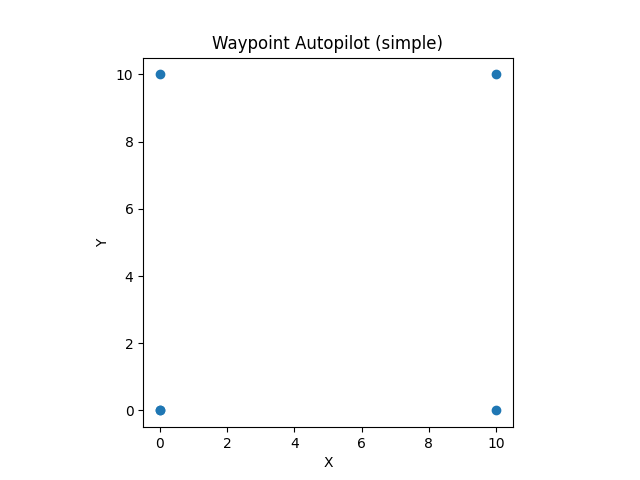
Repository: MaydayBR/ASV_sim
Script's output: python start.py
An editor plug-in stored every save of this project. The script's output is shown before and after the next save, followed by the edit.
Random numbers start from a fixed seed.

Above is the script's output before, as saved 2026-01-18 09:13:57.

After the next save:
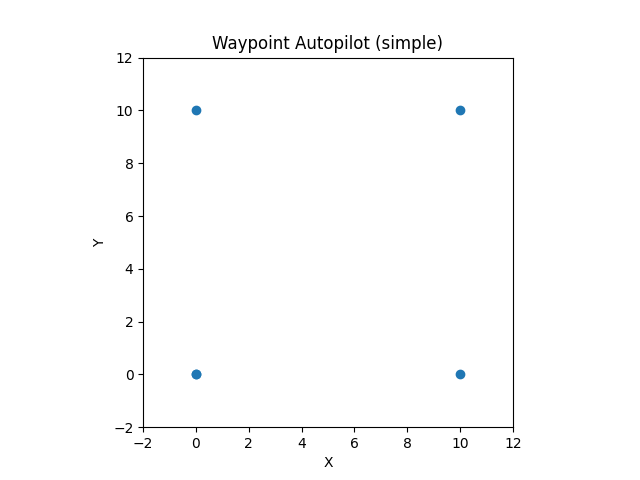
Saved 21 s later.
--- a/start.py
+++ b/start.py
@@ -35,3 +35,6 @@ boat_dot, = ax.plot([x], [y], marker="o")
 path_line, = ax.plot(path_x, path_y)
 
 #set the plot boundaries
+margin = 2
+ax.set_xlim(min(wx) - margin, max(wx) + margin)
+ax.set_ylim(min(wy) - margin, max(wy) + margin)
